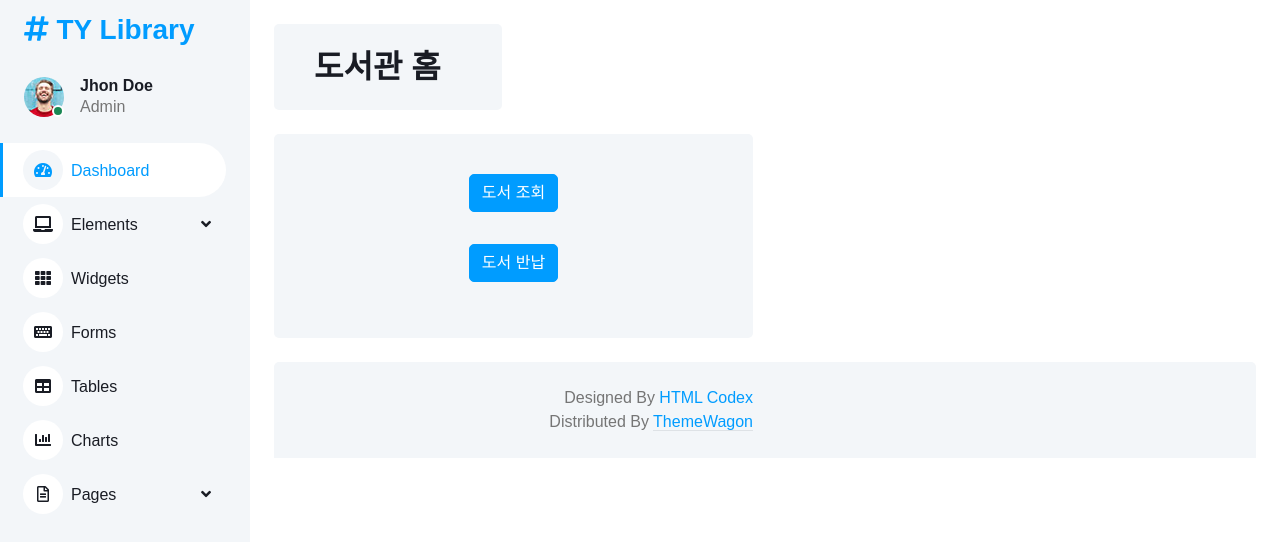
Repository: maryong2/myfirstgitproject
Page: http://localhost/library/WEB-INF/views/admin/librarian-home.jsp
An editor plug-in stored every save of this project. The page is shown before and after the next save, followed by the edit.
The browser window is 1280 px wide. The pictures show the whole page.
Some web fonts or font styles are not loaded; a fallback is used. Some web libraries are served in a nearby version. The page is served by Tomcat 9. Nobody is signed in. Other server files are loaded and not shown. The template is opened directly, without the code that normally fills it, so the values that code supplies are empty.

Above is the page before, as saved 2023-11-26 08:16:38.
Console error: TypeError: Cannot read properties of undefined (reading 'getContext')

### library/src/main/webapp/WEB-INF/views/admin/librarian-home.jsp
<%@ page language="java" contentType="text/html; charset=UTF-8"
	pageEncoding="UTF-8"%>
<!DOCTYPE html>
<html lang="en">

<head>
<meta charset="utf-8">
<title>DASHMIN - Bootstrap Admin Template</title>
<meta content="width=device-width, initial-scale=1.0" name="viewport">
<meta content="" name="keywords">
<meta content="" name="description">

<!-- Favicon -->
<link href="img/favicon.ico" rel="icon">

<!-- Google Web Fonts -->
<link rel="preconnect" href="https://fonts.googleapis.com">
<link rel="preconnect" href="https://fonts.gstatic.com" crossorigin>
<link
	href="https://fonts.googleapis.com/css2?family=Heebo:wght@400;500;600;700&display=swap"
	rel="stylesheet">

<!-- Icon Font Stylesheet -->
<link
	href="https://cdnjs.cloudflare.com/ajax/libs/font-awesome/5.10.0/css/all.min.css"
	rel="stylesheet">
<link
	href="https://cdn.jsdelivr.net/npm/bootstrap-icons@1.4.1/font/bootstrap-icons.css"
	rel="stylesheet">

<!-- Libraries Stylesheet -->
<link href="/lib/owlcarousel/assets/owl.carousel.min.css"
	rel="stylesheet">
<link href="/lib/tempusdominus/css/tempusdominus-bootstrap-4.min.css"
	rel="stylesheet" />

<!-- Customized Bootstrap Stylesheet -->
<link href="/css/bootstrap.min.css" rel="stylesheet">

<!-- Template Stylesheet -->
<link href="/css/style.css" rel="stylesheet">
</head>

<body>
	<div class="container-xxl position-relative bg-white d-flex p-0">
		<!-- Spinner Start -->
		<div id="spinner"
			class="show bg-white position-fixed translate-middle w-100 vh-100 top-50 start-50 d-flex align-items-center justify-content-center">
			<div class="spinner-border text-primary"
				style="width: 3rem; height: 3rem;" role="status">
				<span class="sr-only">Loading...</span>
			</div>
		</div>
		<!-- Spinner End -->


		<!-- Sidebar Start -->
		<div class="sidebar pe-4 pb-3">
			<nav class="navbar bg-light navbar-light">
				<a href="index.html" class="navbar-brand mx-4 mb-3">
					<h3 class="text-primary">
						<i class="fa fa-hashtag me-2"></i>TY Library
					</h3>
				</a>
				<div class="d-flex align-items-center ms-4 mb-4">
					<div class="position-relative">
						<img class="rounded-circle" src="img/user.jpg" alt=""
							style="width: 40px; height: 40px;">
						<div
							class="bg-success rounded-circle border border-2 border-white position-absolute end-0 bottom-0 p-1"></div>
					</div>
					<div class="ms-3">
						<h6 class="mb-0">Jhon Doe</h6>
						<span>Admin</span>
					</div>
				</div>
				<div class="navbar-nav w-100">
					<a href="index.html" class="nav-item nav-link active"><i
						class="fa fa-tachometer-alt me-2"></i>Dashboard</a>
					<div class="nav-item dropdown">
						<a href="#" class="nav-link dropdown-toggle"
							data-bs-toggle="dropdown"><i class="fa fa-laptop me-2"></i>Elements</a>
						<div class="dropdown-menu bg-transparent border-0">
							<a href="button.html" class="dropdown-item">Buttons</a> <a
								href="typography.html" class="dropdown-item">Typography</a> <a
								href="element.html" class="dropdown-item">Other Elements</a>
						</div>
					</div>
					<a href="widget.html" class="nav-item nav-link"><i
						class="fa fa-th me-2"></i>Widgets</a> <a href="form.html"
						class="nav-item nav-link"><i class="fa fa-keyboard me-2"></i>Forms</a>
					<a href="table.html" class="nav-item nav-link"><i
						class="fa fa-table me-2"></i>Tables</a> <a href="chart.html"
						class="nav-item nav-link"><i class="fa fa-chart-bar me-2"></i>Charts</a>
					<div class="nav-item dropdown">
						<a href="#" class="nav-link dropdown-toggle"
							data-bs-toggle="dropdown"><i class="far fa-file-alt me-2"></i>Pages</a>
						<div class="dropdown-menu bg-transparent border-0">
							<a href="signin.html" class="dropdown-item">Sign In</a> <a
								href="signup.html" class="dropdown-item">Sign Up</a> <a
								href="404.html" class="dropdown-item">404 Error</a> <a
								href="blank.html" class="dropdown-item">Blank Page</a>
						</div>
					</div>
				</div>
			</nav>
		</div>
		<!-- Sidebar End -->


		<!-- Content Start -->
		<div class="content">
			<!-- Navbar Start -->
			<nav
				class="navbar navbar-expand bg-light navbar-light sticky-top px-4 py-0">
				<a href="index.html" class="navbar-brand d-flex d-lg-none me-4">
					<h2 class="text-primary mb-0">TY Library</h2>
				</a>
			</nav>
			<!-- Navbar End -->


			<!-- Sale & Revenue Start -->
			<div class="container-fluid pt-4 px-4">
				<div class="row g-4">
					<div class="col-sm-6 col-xl-3">
						<div class="bg-light rounded d-md-flex align-items-center p-4">
							<div class="ms-3">
								<h2 class="mb-0 text-center">도서관 홈</h2>
							</div>
						</div>
					</div>
				</div>
			</div>
			<!-- Sale & Revenue End -->


			<!-- Sales Chart Start -->
			<div class="container-fluid pt-4 px-4">
				<div class="row g-4">
					<div class="col-sm-12 col-xl-6">
						<div class="bg-light text-center rounded p-4">

							<h6 class="mb-0"></h6>

							<table class="table table-borderless">
								<thead>
								</thead>
								<tbody>
									<tr>
										<td>
											<button type="button" class="btn btn-primary m-2"
												onclick="go('search')">도서 조회</button>
										</td>

									</tr>
									<!-- <tr>

										<td>
											<button type="button" class="btn btn-primary m-2"
												onclick="goPost('rent')">도서 대여</button>
										</td>
									</tr> -->
									<tr>


										<td>
											<button type="button" class="btn btn-primary m-2"
												onclick="goPost('return')">도서 반납</button>
										</td>

									</tr>
								</tbody>
							</table>
						</div>
					</div>
					<!-- secreat form!!!!!!!!!!!!!!!!!!!!!!!!!!!!!!!! -->
					<form id="myForm" action="librarian" method="post"
						style="display: none;">
						<input id="state_input" type="hidden" name="state" value="return">
					</form>
				</div>
			</div>
			<!-- Footer Start -->

			<div class="container-fluid pt-4 px-4">
				<div class="bg-light rounded-top p-4">
					<div class="row">
						<div class="col-12 col-sm-6 text-center text-sm-end">
							<!--/*** This template is free as long as you keep the footer author’s credit link/attribution link/backlink. If you'd like to use the template without the footer author’s credit link/attribution link/backlink, you can purchase the Credit Removal License from "https://htmlcodex.com/credit-removal". Thank you for your support. ***/-->
							Designed By <a href="https://htmlcodex.com">HTML Codex</a> </br>
							Distributed By <a class="border-bottom"
								href="https://themewagon.com" target="_blank">ThemeWagon</a>
						</div>
					</div>
				</div>
			</div>
			<!-- Footer End -->
		</div>
		<!-- Content End -->


		<!-- Back to Top -->
	</div>
	<script type="text/javascript">
		function go(url) {
			window.location.href = url;
		}
		function goPost(state) {
			let form = document.getElementById('myForm');
			let input = document.getElementById('state_input')
			input.value = state;
			form.submit();
		}
	</script>

	<!-- JavaScript Libraries -->
	<script src="https://code.jquery.com/jquery-3.4.1.min.js"></script>
	<script
		src="https://cdn.jsdelivr.net/npm/bootstrap@5.0.0/dist/js/bootstrap.bundle.min.js"></script>
	<script src="/lib/chart/chart.min.js"></script>
	<script src="/lib/easing/easing.min.js"></script>
	<script src="/lib/waypoints/waypoints.min.js"></script>
	<script src="/lib/owlcarousel/owl.carousel.min.js"></script>
	<script src="/lib/tempusdominus/js/moment.min.js"></script>
	<script src="/lib/tempusdominus/js/moment-timezone.min.js"></script>
	<script src="/lib/tempusdominus/js/tempusdominus-bootstrap-4.min.js"></script>

	<!-- Template Javascript -->
	<script src="/js/main.js"></script>
</body>

</html>

### library/src/main/resources/static/css/style.css
/********** Template CSS **********/
:root {
    --primary: #009CFF;
    --light: #F3F6F9;
    --dark: #191C24;
}

.back-to-top {
    position: fixed;
    display: none;
    right: 45px;
    bottom: 45px;
    z-index: 99;
}


/*** Spinner ***/
#spinner {
    opacity: 0;
    visibility: hidden;
    transition: opacity .5s ease-out, visibility 0s linear .5s;
    z-index: 99999;
}

#spinner.show {
    transition: opacity .5s ease-out, visibility 0s linear 0s;
    visibility: visible;
    opacity: 1;
}


/*** Button ***/
.btn {
    transition: .5s;
}

.btn.btn-primary {
    color: #FFFFFF;
}

.btn-square {
    width: 38px;
    height: 38px;
}

.btn-sm-square {
    width: 32px;
    height: 32px;
}

.btn-lg-square {
    width: 48px;
    height: 48px;
}

.btn-square,
.btn-sm-square,
.btn-lg-square {
    padding: 0;
    display: inline-flex;
    align-items: center;
    justify-content: center;
    font-weight: normal;
    border-radius: 50px;
}


/*** Layout ***/
.sidebar {
    position: fixed;
    top: 0;
    left: 0;
    bottom: 0;
    width: 250px;
    height: 100vh;
    overflow-y: auto;
    background: var(--light);
    transition: 0.5s;
    z-index: 999;
}

.content {
    margin-left: 250px;
    min-height: 100vh;
    background: #FFFFFF;
    transition: 0.5s;
}

@media (min-width: 992px) {
    .sidebar {
        margin-left: 0;
    }

    .sidebar.open {
        margin-left: -250px;
    }

    .content {
        width: calc(100% - 250px);
    }

    .content.open {
        width: 100%;
        margin-left: 0;
    }
}

@media (max-width: 991.98px) {
    .sidebar {
        margin-left: -250px;
    }

    .sidebar.open {
        margin-left: 0;
    }

    .content {
        width: 100%;
        margin-left: 0;
    }
}


/*** Navbar ***/
.sidebar .navbar .navbar-nav .nav-link {
    padding: 7px 20px;
    color: var(--dark);
    font-weight: 500;
    border-left: 3px solid var(--light);
    border-radius: 0 30px 30px 0;
    outline: none;
}

.sidebar .navbar .navbar-nav .nav-link:hover,
.sidebar .navbar .navbar-nav .nav-link.active {
    color: var(--primary);
    background: #FFFFFF;
    border-color: var(--primary);
}

.sidebar .navbar .navbar-nav .nav-link i {
    width: 40px;
    height: 40px;
    display: inline-flex;
    align-items: center;
    justify-content: center;
    background: #FFFFFF;
    border-radius: 40px;
}

.sidebar .navbar .navbar-nav .nav-link:hover i,
.sidebar .navbar .navbar-nav .nav-link.active i {
    background: var(--light);
}

.sidebar .navbar .dropdown-toggle::after {
    position: absolute;
    top: 15px;
    right: 15px;
    border: none;
    content: "\f107";
    font-family: "Font Awesome 5 Free";
    font-weight: 900;
    transition: .5s;
}

.sidebar .navbar .dropdown-toggle[aria-expanded=true]::after {
    transform: rotate(-180deg);
}

.sidebar .navbar .dropdown-item {
    padding-left: 25px;
    border-radius: 0 30px 30px 0;
}

.content .navbar .navbar-nav .nav-link {
    margin-left: 25px;
    padding: 12px 0;
    color: var(--dark);
    outline: none;
}

.content .navbar .navbar-nav .nav-link:hover,
.content .navbar .navbar-nav .nav-link.active {
    color: var(--primary);
}

.content .navbar .sidebar-toggler,
.content .navbar .navbar-nav .nav-link i {
    width: 40px;
    height: 40px;
    display: inline-flex;
    align-items: center;
    justify-content: center;
    background: #FFFFFF;
    border-radius: 40px;
}

.content .navbar .dropdown-toggle::after {
    margin-left: 6px;
    vertical-align: middle;
    border: none;
    content: "\f107";
    font-family: "Font Awesome 5 Free";
    font-weight: 900;
    transition: .5s;
}

.content .navbar .dropdown-toggle[aria-expanded=true]::after {
    transform: rotate(-180deg);
}

@media (max-width: 575.98px) {
    .content .navbar .navbar-nav .nav-link {
        margin-left: 15px;
    }
}


/*** Date Picker ***/
.bootstrap-datetimepicker-widget.bottom {
    top: auto !important;
}

.bootstrap-datetimepicker-widget .table * {
    border-bottom-width: 0px;
}

.bootstrap-datetimepicker-widget .table th {
    font-weight: 500;
}

.bootstrap-datetimepicker-widget.dropdown-menu {
    padding: 10px;
    border-radius: 2px;
}

.bootstrap-datetimepicker-widget table td.active,
.bootstrap-datetimepicker-widget table td.active:hover {
    background: var(--primary);
}

.bootstrap-datetimepicker-widget table td.today::before {
    border-bottom-color: var(--primary);
}


/*** Testimonial ***/
.progress .progress-bar {
    width: 0px;
    transition: 2s;
}


/*** Testimonial ***/
.testimonial-carousel .owl-dots {
    margin-top: 24px;
    display: flex;
    align-items: flex-end;
    justify-content: center;
}

.testimonial-carousel .owl-dot {
    position: relative;
    display: inline-block;
    margin: 0 5px;
    width: 15px;
    height: 15px;
    border: 5px solid var(--primary);
    border-radius: 15px;
    transition: .5s;
}

.testimonial-carousel .owl-dot.active {
    background: var(--dark);
    border-color: var(--primary);
}

### library/src/main/resources/static/js/main.js
(function ($) {
    "use strict";

    // Spinner
    var spinner = function () {
        setTimeout(function () {
            if ($('#spinner').length > 0) {
                $('#spinner').removeClass('show');
            }
        }, 1);
    };
    spinner();


    // Back to top button
    $(window).scroll(function () {
        if ($(this).scrollTop() > 300) {
            $('.back-to-top').fadeIn('slow');
        } else {
            $('.back-to-top').fadeOut('slow');
        }
    });
    $('.back-to-top').click(function () {
        $('html, body').animate({scrollTop: 0}, 1500, 'easeInOutExpo');
        return false;
    });


    // Sidebar Toggler
    $('.sidebar-toggler').click(function () {
        $('.sidebar, .content').toggleClass("open");
        return false;
    });


    // Progress Bar
    $('.pg-bar').waypoint(function () {
        $('.progress .progress-bar').each(function () {
            $(this).css("width", $(this).attr("aria-valuenow") + '%');
        });
    }, {offset: '80%'});


	function getWeekendDates(startDate, endDate) {
		var weekendDates = [];

		while (startDate <= endDate) {
			if (startDate.getDay() === 0 || startDate.getDay() === 6) {
				// 주말인 경우 날짜를 원하는 형식(예: 'YYYY/MM/DD')으로 포맷팅
				var formattedDate = startDate.getFullYear() + '/' + (startDate.getMonth() + 1) + '/' + startDate.getDate();
				weekendDates.push(formattedDate);
			}
			startDate.setDate(startDate.getDate() + 1);
		}

		return weekendDates;
	}

	function convertDay(toDay, weeks) {
		let after = new Date(toDay.getTime() + 7 * weeks * 24 * 60 * 60 * 1000);
		let year = after.getFullYear();
		let month = after.getMonth() + 1;
		let day = after.getDate();
		let ret = year + "/" + (month < 10 ? "0" : "") + month + "/" + day;
		return ret;
	}





	let toDay = new Date();
	let minday = convertDay(toDay, 2)
	var maxday = convertDay(toDay, 4);
	var weekendDatesArray = getWeekendDates(toDay, new Date(toDay.getTime() + 7 * 4 * 24 * 60 * 60 * 1000));
    // Calender
    $('#calender').datetimepicker({
        inline: true,
		format: 'Y-m-d',
		minDate: minday,
		defaultDate: minday,
		maxDate: maxday,
		locale: moment.locale("ko"),
		disabledDates: weekendDatesArray,
    });


    // Testimonials carousel
    $(".testimonial-carousel").owlCarousel({
        autoplay: true,
        smartSpeed: 1000,
        items: 1,
        dots: true,
        loop: true,
        nav : false
    });


    // Worldwide Sales Chart
    var ctx1 = $("#worldwide-sales").get(0).getContext("2d");
    var myChart1 = new Chart(ctx1, {
        type: "bar",
        data: {
            labels: ["2016", "2017", "2018", "2019", "2020", "2021", "2022"],
            datasets: [{
                    label: "USA",
                    data: [15, 30, 55, 65, 60, 80, 95],
                    backgroundColor: "rgba(0, 156, 255, .7)"
                },
                {
                    label: "UK",
                    data: [8, 35, 40, 60, 70, 55, 75],
                    backgroundColor: "rgba(0, 156, 255, .5)"
                },
                {
                    label: "AU",
                    data: [12, 25, 45, 55, 65, 70, 60],
                    backgroundColor: "rgba(0, 156, 255, .3)"
                }
            ]
            },
        options: {
            responsive: true
        }
    });


    // Salse & Revenue Chart
    var ctx2 = $("#salse-revenue").get(0).getContext("2d");
    var myChart2 = new Chart(ctx2, {
        type: "line",
        data: {
            labels: ["2016", "2017", "2018", "2019", "2020", "2021", "2022"],
            datasets: [{
                    label: "Salse",
                    data: [15, 30, 55, 45, 70, 65, 85],
                    backgroundColor: "rgba(0, 156, 255, .5)",
                    fill: true
                },
                {
                    label: "Revenue",
                    data: [99, 135, 170, 130, 190, 180, 270],
                    backgroundColor: "rgba(0, 156, 255, .3)",
                    fill: true
                }
            ]
            },
        options: {
            responsive: true
        }
    });



    // Single Line Chart
    var ctx3 = $("#line-chart").get(0).getContext("2d");
    var myChart3 = new Chart(ctx3, {
        type: "line",
        data: {
            labels: [50, 60, 70, 80, 90, 100, 110, 120, 130, 140, 150],
            datasets: [{
                label: "Salse",
                fill: false,
                backgroundColor: "rgba(0, 156, 255, .3)",
                data: [7, 8, 8, 9, 9, 9, 10, 11, 14, 14, 15]
            }]
        },
        options: {
            responsive: true
        }
    });


    // Single Bar Chart
    var ctx4 = $("#bar-chart").get(0).getContext("2d");
    var myChart4 = new Chart(ctx4, {
        type: "bar",
        data: {
            labels: ["Italy", "France", "Spain", "USA", "Argentina"],
            datasets: [{
                backgroundColor: [
                    "rgba(0, 156, 255, .7)",
                    "rgba(0, 156, 255, .6)",
                    "rgba(0, 156, 255, .5)",
                    "rgba(0, 156, 255, .4)",
                    "rgba(0, 156, 255, .3)"
                ],
                data: [55, 49, 44, 24, 15]
            }]
        },
        options: {
            responsive: true
        }
    });


    // Pie Chart
    var ctx5 = $("#pie-chart").get(0).getContext("2d");
    var myChart5 = new Chart(ctx5, {
        type: "pie",
        data: {
            labels: ["Italy", "France", "Spain", "USA", "Argentina"],
            datasets: [{
                backgroundColor: [
                    "rgba(0, 156, 255, .7)",
                    "rgba(0, 156, 255, .6)",
                    "rgba(0, 156, 255, .5)",
                    "rgba(0, 156, 255, .4)",
                    "rgba(0, 156, 255, .3)"
                ],
                data: [55, 49, 44, 24, 15]
            }]
        },
        options: {
            responsive: true
        }
    });


    // Doughnut Chart
    var ctx6 = $("#doughnut-chart").get(0).getContext("2d");
    var myChart6 = new Chart(ctx6, {
        type: "doughnut",
        data: {
            labels: ["Italy", "France", "Spain", "USA", "Argentina"],
            datasets: [{
                backgroundColor: [
                    "rgba(0, 156, 255, .7)",
                    "rgba(0, 156, 255, .6)",
                    "rgba(0, 156, 255, .5)",
                    "rgba(0, 156, 255, .4)",
                    "rgba(0, 156, 255, .3)"
                ],
                data: [55, 49, 44, 24, 15]
            }]
        },
        options: {
            responsive: true
        }
    });


})(jQuery);

Loaded but not shown: library/src/main/resources/static/lib/owlcarousel/assets/owl.carousel.min.css (common file); library/src/main/resources/static/lib/tempusdominus/css/tempusdominus-bootstrap-4.min.css (library); library/src/main/resources/static/css/bootstrap.min.css (library); library/src/main/resources/static/lib/chart/chart.min.js (library); library/src/main/resources/static/lib/easing/easing.min.js (common file); library/src/main/resources/static/lib/waypoints/waypoints.min.js (library); library/src/main/resources/static/lib/owlcarousel/owl.carousel.min.js (library); library/src/main/resources/static/lib/tempusdominus/js/moment.min.js (library); library/src/main/resources/static/lib/tempusdominus/js/moment-timezone.min.js (library); library/src/main/resources/static/lib/tempusdominus/js/tempusdominus-bootstrap-4.min.js (library)

After the next save:
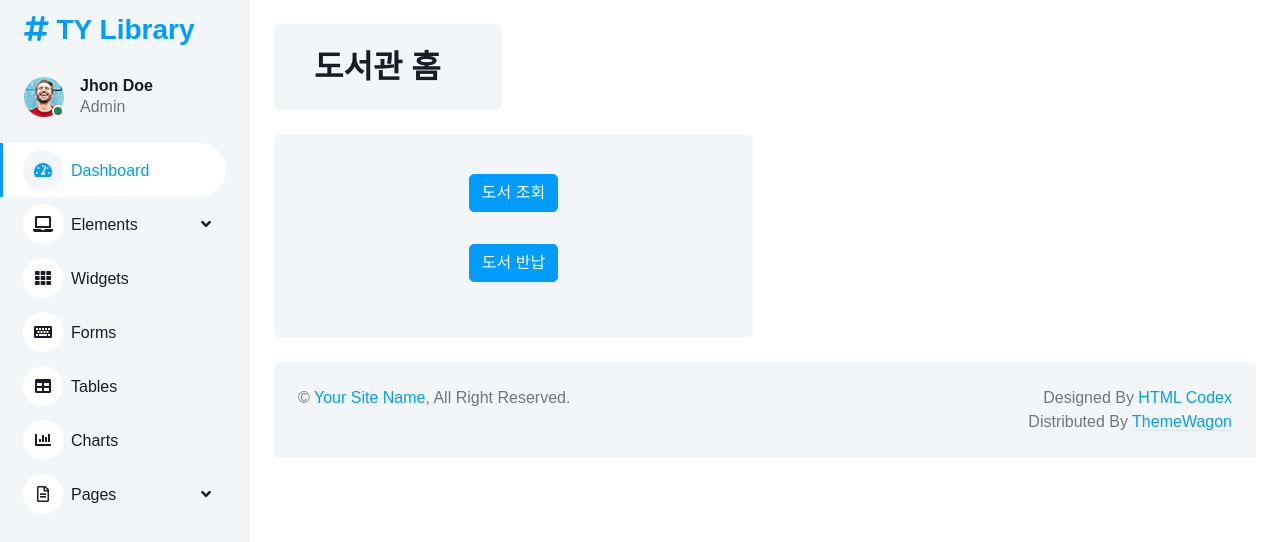
Saved 17 min 56 s later.
--- a/library/src/main/webapp/WEB-INF/views/admin/librarian-home.jsp
+++ b/library/src/main/webapp/WEB-INF/views/admin/librarian-home.jsp
@@ -186,6 +186,9 @@
 			<div class="container-fluid pt-4 px-4">
 				<div class="bg-light rounded-top p-4">
 					<div class="row">
+						<div class="col-12 col-sm-6 text-center text-sm-start">
+							&copy; <a href="#">Your Site Name</a>, All Right Reserved.
+						</div>
 						<div class="col-12 col-sm-6 text-center text-sm-end">
 							<!--/*** This template is free as long as you keep the footer author’s credit link/attribution link/backlink. If you'd like to use the template without the footer author’s credit link/attribution link/backlink, you can purchase the Credit Removal License from "https://htmlcodex.com/credit-removal". Thank you for your support. ***/-->
 							Designed By <a href="https://htmlcodex.com">HTML Codex</a> </br>
